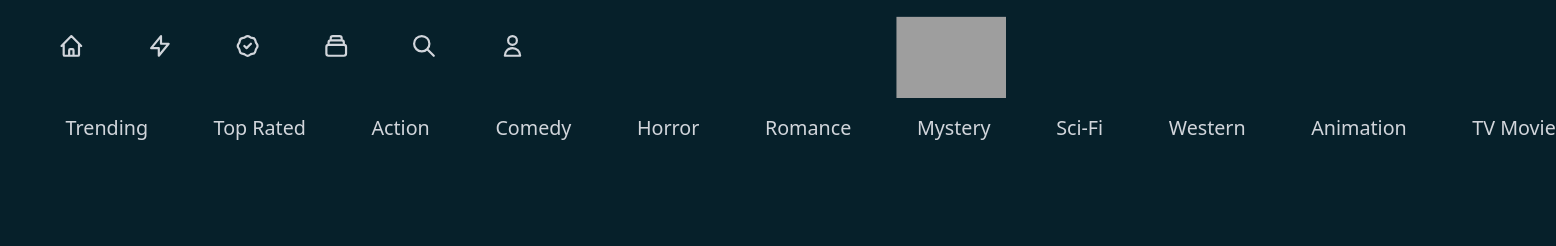
Repository: Aaronlb912/Hulu-Clone
Page: /
An editor plug-in stored every save of this project. The page is shown before and after a run of saves, followed by the edit.
The browser window is 1280 px wide. The page is 1897 px wide, then 1280 px, so the pictures cover 1897 px, including what lies to the right of the window. The pictures show the whole page, at 82% of full size.
Pictures or frames that could not be fetched are drawn as grey boxes. The project was rebuilt for these pictures with package versions that can differ from the ones it lists, and the page was loaded fresh each time. The framework's server and built-in components were replaced by stand-ins that run in the browser. Also part of the build but not shown: next.config.js.

Above is the page before, as saved 2022-03-07 16:53:18.

### pages/index.js
import Head from "next/head";
import Header from "../components/Header";
import Nav from "../components/Nav";

export default function Home() {
  return (
    <div>
      <Head>
        <title>Hulu 2.0</title>
        <meta name="description" content="Generated by create next app" />
        <link rel="icon" href="/favicon.ico" />
      </Head>

      {/*Header*/}
      <Header />
      {/*Nav Bar*/}
      <Nav />
      {/*Results*/}
    </div>
  );
}

### components/Header.js
import Image from "next/image";
import React from "react";
import HeaderItem from "./HeaderItem";
import {
  BadgeCheckIcon,
  CollectionIcon,
  HomeIcon,
  LightningBoltIcon,
  SearchIcon,
  UserIcon,
} from "@heroicons/react/outline";

function Header() {
  return (
    <header className="flex flex-col sm:flex-row m-5 justify-between items-center h-auto">
      <div className="flex flex-grow justify-evenly max-w-2xl">
        <HeaderItem title="HOME" Icon={HomeIcon} />
        <HeaderItem title="TRENDING" Icon={LightningBoltIcon} />
        <HeaderItem title="VERIFIED" Icon={BadgeCheckIcon} />
        <HeaderItem title="COLLECTIONS" Icon={CollectionIcon} />
        <HeaderItem title="SEARCH" Icon={SearchIcon} />
        <HeaderItem title="ACCOUNT" Icon={UserIcon} />
      </div>
      <Image
        className="object-contain"
        src="https://links.papareact.com/ua6"
        width={200}
        height={100}
      />
    </header>
  );
}

export default Header;

### components/Nav.jsx
import requests from "../utils/requests";

function Nav() {
  return (
    <nav>
      <div className="flex px-10 sm:px-20 text-2xl whitespace-nowrap space-x-10 sm:space-x-20 over">
        {Object.entries(requests).map(([key, { title, url }]) => (
          <h2
            key={key}
            className="cursor-pointer transition duration-100 transform hover:scale-125 hover:text-white active:text-red-500"
          >
            {title}
          </h2>
        ))}
      </div>
    </nav>
  );
}

export default Nav;

### components/HeaderItem.js
function HeaderItem({ Icon, title }) {
  return (
    <div>
      <div className="flex flex-col items-center cursor-pointer group w-12 sm:w-20 hover:text-white ">
        <Icon className="h-8 mb-1 group-hover:animate-bounce" />
        <p className="opacity-0 group-hover:opacity-100 tracking-widest">
          {title}
        </p>
      </div>
    </div>
  );
}

export default HeaderItem;

### utils/requests.js
const API_KEY = process.env.API_KEY;

export default {
  fetchTrending: {
    title: "Trending",
    url: "/trending/all/week?api_key=${API_KEY}$language=en-US",
  },
  fetchTopRated: {
    title: "Top Rated",
    url: "/movie/top_rated?api_key=${API_KEY}$language=en-US",
  },
  fetchActionMovies: {
    title: "Action",
    url: "/discover/movie?api_key=${API_KEY}&with_genres=28",
  },
  fetchComedyMovies: {
    title: "Comedy",
    url: "/discover/movie?api_key=${API_KEY}&with_genres=35",
  },
  fetchHorrorMovies: {
    title: "Horror",
    url: "/discover/movie?api_key=${API_KEY}&with_genres=27",
  },
  fetchRomanceMovies: {
    title: "Romance",
    url: "/discover/movie?api_key=${API_KEY}&with_genres=10749",
  },
  fetchMysteryMovies: {
    title: "Mystery",
    url: "/discover/movie?api_key=${API_KEY}&with_genres=9648",
  },
  fetchSciFiMovies: {
    title: "Sci-Fi",
    url: "/discover/movie?api_key=${API_KEY}&with_genres=878",
  },
  fetchWesterMovies: {
    title: "Western",
    url: "/discover/movie?api_key=${API_KEY}&with_genres=37",
  },
  fetchAnimation: {
    title: "Animation",
    url: "/discover/movie?api_key=${API_KEY}&with_genres=16",
  },
  fetchTV: {
    title: "TV Movie",
    url: "/discover/movie?api_key=${API_KEY}&with_genres=10770",
  },
};

Loaded but not shown: pages/_app.js (common file); styles/globals.css (common file); tailwind.config.js (common file)

After the next 3 saves:
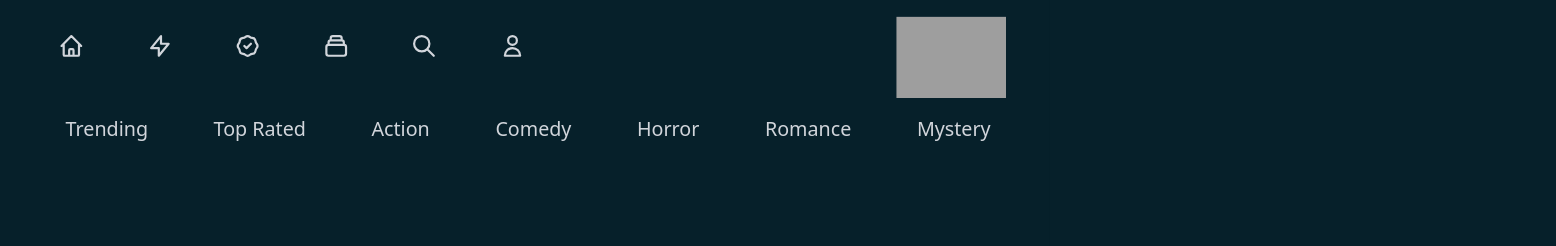
The 3 saves are shown as one change because they came seconds apart.
The last was saved 8 s later.
--- a/components/Nav.jsx
+++ b/components/Nav.jsx
@@ -3,7 +3,7 @@ import requests from "../utils/requests";
 function Nav() {
   return (
     <nav>
-      <div className="flex px-10 sm:px-20 text-2xl whitespace-nowrap space-x-10 sm:space-x-20 over">
+      <div className="flex px-10 sm:px-20 text-2xl whitespace-nowrap space-x-10 sm:space-x-20 overflow-x-scroll ">
         {Object.entries(requests).map(([key, { title, url }]) => (
           <h2
             key={key}
